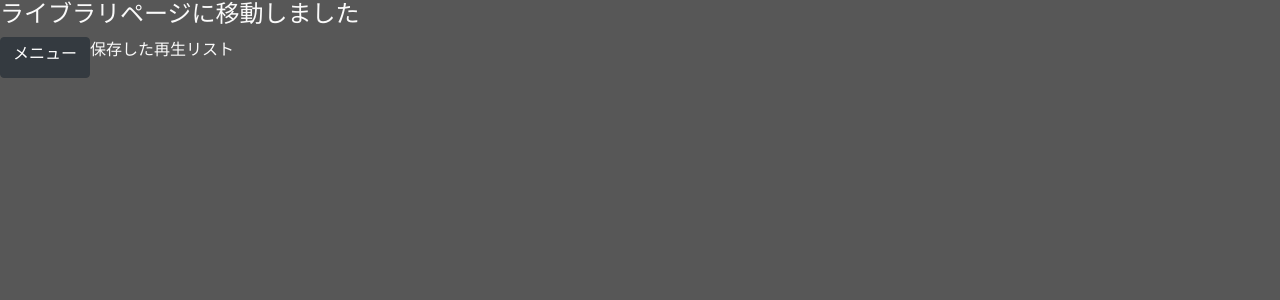
Repository: ShutaKamemura/Portfolio
Page: http://localhost/test/LibraryServlet
An editor plug-in stored every save of this project. The page is shown before and after the next save, followed by the edit.
The browser window is 1280 px wide. The pictures show the whole page.
Some web libraries are served in a nearby version. The page is served by Tomcat 9.

Above is the page before, as saved 2020-06-29 03:51:58.
Console error: TypeError: Cannot read properties of null (reading 'addEventListener')

After the next save:
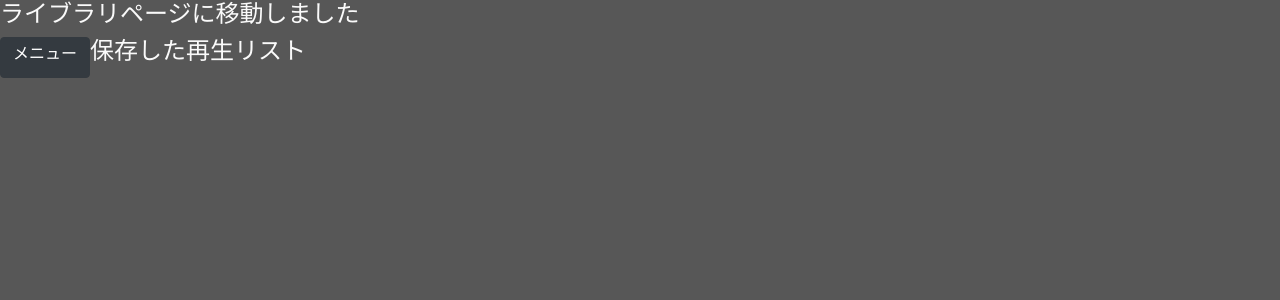
Saved 40 s later.
--- a/test/WebContent/library.jsp
+++ b/test/WebContent/library.jsp
@@ -45,11 +45,11 @@
 				</div>
 			</div>
 		</div>
-<a>保存した再生リスト</a>
+<h4>保存した再生リスト</h4>
 
 <div>
 	<c:if test="${list != null}">
-	<h4> 【${search}で検索】</h4>
+
 		<div class="container">
 			<div class="row">
 			<c:forEach var="item" items="${list}">
